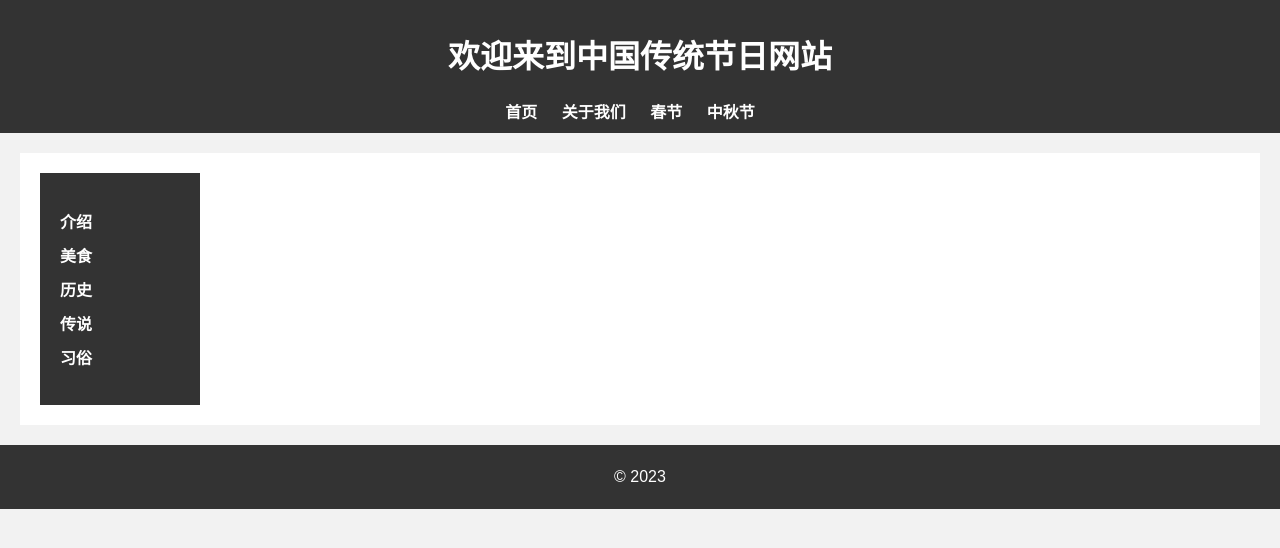
Repository: XueJie1/computer-operation-basics
Page: pages/midautumn/midautumnfestival.html
These files come from the project's save history. The page is drawn as it stood at one moment and after the next save; the edit follows.
The browser window is 1280 px wide. The pictures show the whole page.
Some web libraries are served in a nearby version.

Above is the page before, as saved 2023-08-31 18:22:29.

### pages/midautumn/midautumnfestival.html
<!DOCTYPE html>
<html lang="zh-CN">

<head>
    <meta charset="UTF-8">
    <meta name="viewport" content="width=device-width, initial-scale=1.0">
    <title>中秋节 - 月饼和家庭团聚</title>
    <link rel="stylesheet" type="text/css" href="../../css/styles.css" />
    <script src="https://cdn.staticfile.org/jquery/1.10.2/jquery.min.js"></script>
    <script src="../../js/main.js"></script>
</head>

<body>
    <div class="header">
        <h1>欢迎来到中国传统节日网站</h1>
        <nav>
            <ul>
                <li><a href="../../index.html">首页</a></li>
                <li><a href="../about.html">关于我们</a></li>
                <li><a href="../springfes/springfestival.html">春节</a></li>
                <li><a href="../midautumn/midautumnfestival.html">中秋节</a></li>
            </ul>
        </nav>
    </div>
    <main>
        <div class="container">
            <div class="sidebar">
                <!-- 侧边栏 -->
                <ul>
                    <li><a href="#introduction">介绍</a></li>
                    <li><a href="#cuisine">美食</a></li>
                    <li><a href="#history">历史</a></li>
                    <li><a href="#legend">传说</a></li>
                    <li><a href="#customs">习俗</a></li>
                </ul>
            </div>


            <!-- 介绍 -->
            <section id="introduction">
                <div id="introduction"></div>
            </section>

            <!-- 美食 -->
            <section id="cuisine" style="display: none;">
                <h2>美食</h2>
                <p>中秋节期间，人们会品尝各种美味的月饼，这是节日的主要食物。月饼有许多不同的口味，如豆沙、莲蓉和五仁。</p>
            </section>

            <!-- 历史 -->
            <section id="history" style="display: none;">
                <h2>历史</h2>
                <p>中秋节有着悠久的历史，起源于中国古代的农业社会。了解中秋节的历史和文化传统。</p>
            </section>

            <!-- 传说 -->
            <section id="legend" style="display: none;">
                <h2>传说</h2>
                <p>中秋节有许多美丽的传说，其中最著名的是关于嫦娥奔月的故事。这个故事充满了浪漫和神秘。</p>
            </section>

            <!-- 习俗 -->
            <section id="customs" style="display: none;">
                <h2>习俗</h2>
                <p>中秋节有许多传统习俗，如赏月、吃月饼、编织七巧板等。这些习俗代代相传，传承着节日的文化。</p>
            </section>
    </main>
    </div>

    <div class="footer">
        <!-- 在这里包含网站的页脚部分，如版权信息等 -->
        <p>&copy; 2023 </p>
    </div>

    <!-- <script src="https://code.jquery.com/jquery-3.6.0.min.js"></script>
    <script>
        $(document).ready(function () {
            // 为侧边栏链接绑定点击事件
            $('.sidebar a').on('click', function (e) {
                e.preventDefault(); // 阻止默认链接行为

                // 获取点击链接的href属性值
                var target = $(this).attr('href');

                // 隐藏所有的section
                $('main section').hide();

                // 显示目标section
                $(target).show();
            });
        });
    </script> -->
</body>

</html>

### css/styles.css

body {
    font-family: Arial, sans-serif;
    margin: 0;
    padding: 0;
    background-color: #f2f2f2;
}

/* 样式化导航菜单 */
header , .header{
    background-color: #333;
    color: #fff;
    padding: 10px 0;
}


.header h1, header h1{
    text-align: center;
    text-decoration: none;
    color: #fff;
}


nav ul {
    list-style-type: none;
    margin: 0;
    padding: 0;
    text-align: center;
}

nav ul li {
    display: inline;
    margin-right: 20px;
}

nav ul li a {
    text-decoration: none;
    color: #fff;
    font-weight: bold;
    font-size: 16px;
}

nav ul li a:hover {
    color: #ff9900; /* 鼠标悬停时的颜色 */
}

main {
    margin: 20px 20px 20px 20px;
}

footer p , .footer p{
    color: #fff;
    text-align: center;
    background-color: #333;
    padding-top: 20px;
    padding-bottom: 20px;
}

/* 为网页容器设置样式 */
.container {
    display: flex;
}

/* 侧边栏样式 */
.sidebar {
    flex: 0 0 10%; /* 侧边栏占据25%的宽度 */
    background-color: #333;
    color: #fff;
    padding: 20px;
}

.sidebar ul {
    list-style-type: none;
    padding: 0;
}

.sidebar ul li {
    margin-bottom: 10px;
}

.sidebar ul li a {
    text-decoration: none;
    color: #fff;
    font-weight: bold;
    font-size: 16px;
}

/* 主内容区域样式 */
main {
    flex: 0 0 75%; /* 主内容区域占据75%的宽度 */
    background-color: #fff;
    padding: 20px;
}

/* 标题样式 */
/* h1 {
    font-size: 28px;
    color: #333;
    margin-top: 0;
} */

h2 {
    font-size: 24px;
    color: #333;
}

/* 正文样式 */
p {
    font-size: 16px;
    line-height: 1.5;
    color: #555;
}

section {
    margin-left: auto;
}

### js/main.js

    $(document).ready(function () {
        // 为侧边栏链接绑定点击事件
        $('.sidebar a').on('click', function (e) {
            e.preventDefault(); // 阻止默认链接行为

            // 获取点击链接的href属性值
            var target = $(this).attr('href');

            // 隐藏所有的section
            $('main section').hide();

            // 显示目标section
            $(target).show();
        });
    });

After the next save:
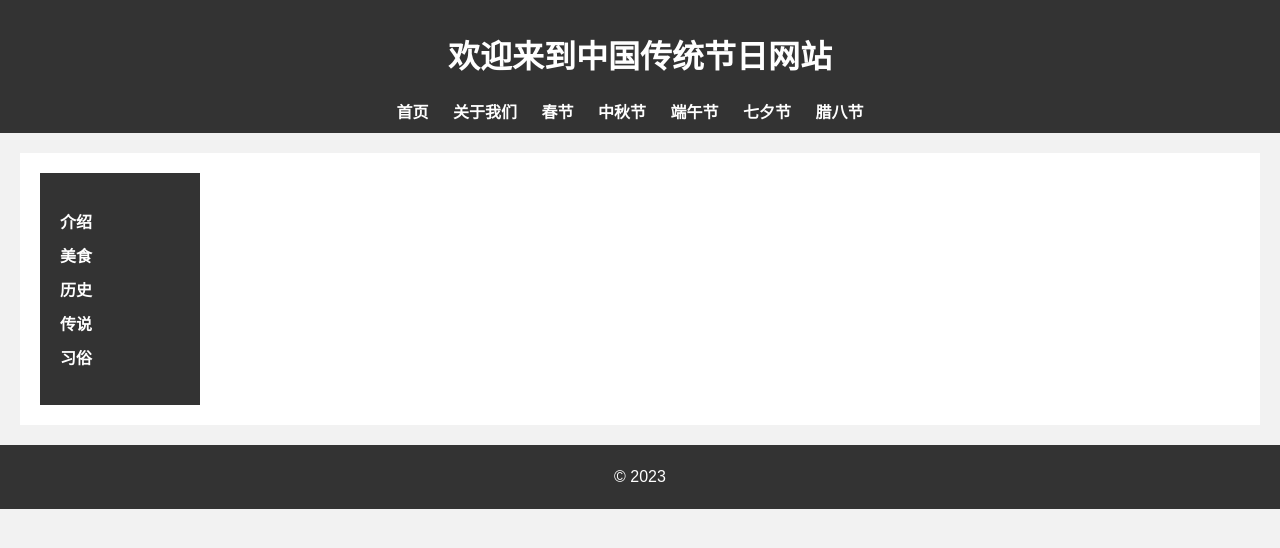
Saved 2 days later.
--- a/pages/midautumn/midautumnfestival.html
+++ b/pages/midautumn/midautumnfestival.html
@@ -16,9 +16,12 @@
         <nav>
             <ul>
                 <li><a href="../../index.html">首页</a></li>
-                <li><a href="../about.html">关于我们</a></li>
+                <li><a href="../../about.html">关于我们</a></li>
                 <li><a href="../springfes/springfestival.html">春节</a></li>
                 <li><a href="../midautumn/midautumnfestival.html">中秋节</a></li>
+                <li><a href="../dragonboatfes/dragonboatfestival.html">端午节</a></li>
+                <li><a href="../qixifes/qixifestival.html">七夕节</a></li>
+                <li><a href="../labafes/labafestival.html">腊八节</a></li>
             </ul>
         </nav>
     </div>
